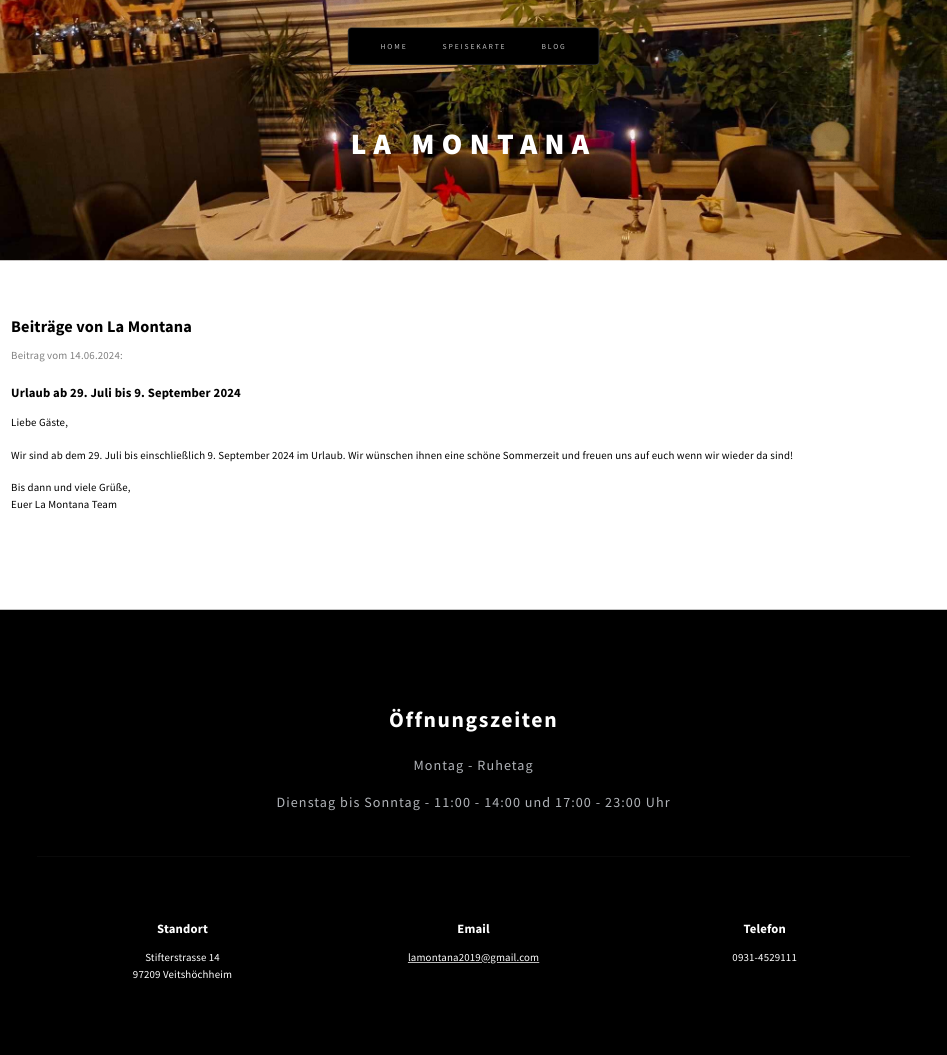
Repository: restaurantlamontana/restaurantlamontana.github.io
Page: blog.html
These files come from the project's save history. The page is drawn as it stood at one moment and after a run of saves; the edit follows.
The browser window is 1280 px wide. The pictures show the whole page, at 74% of full size.

Above is the page before, as saved 2024-07-15 12:43:28.

### blog.html
<!DOCTYPE HTML>
<html>
	<head>
		<title>La Montana - Blog</title>
		<meta charset="utf-8" />
		<meta name="viewport" content="width=device-width, initial-scale=1, user-scalable=no" />
		<link rel="stylesheet" href="assets/css/main.css" />
	</head>
	<body class="right-sidebar is-preload">
		<div id="page-wrapper">
			<!-- Header -->
			<section id="header" class="wrapper">
				<!-- Logo -->
				<div id="logo">
				  <h1 style="font-size: 40px;"><a href="index.html">La Montana</a></h1>
				</div>

				<!-- Nav -->
				<nav id="nav">
				  <ul class="toplinks">
					<li class="current"><a href="index.html">Home</a></li>
					<li><a href="assets/Speisekarte_Scan.pdf" target="_blank">Speisekarte</a></li>
					<li><a href="blog.html">Blog</a></li>
				  </ul>
				</nav>
			  </section>

			<!-- Main -->
				<section id="main" class="wrapper style2">
					<div style="margin-left: 15px; margin-right: 15px;">
						<h1 style="color: black;">Beiträge von La Montana</h1>
						<div>
						<p style="color: gray;">Beitrag vom 14.06.2024:</p>
						<h3 style="color: black;">Urlaub ab 29. Juli bis 9. September 2024</h3>
						<p style="color: black;">
							Liebe Gäste,
							<br>
							<br>
							Wir sind ab dem 29. Juli bis einschließlich 9. September 2024 im Urlaub.
							Wir wünschen ihnen eine schöne Sommerzeit und freuen uns auf euch wenn wir wieder da sind!
							<br>
							<br>
							Bis dann und viele Grüße, <br>
							Euer La Montana Team
						</p>
					</div>
					</div>
				</section>

		<!-- Footer -->
		<section id="footer" class="wrapper">
			<div class="container">
				<header class="style1">
					<h2>Öffnungszeiten</h2>
					<p>
						Montag - Ruhetag
					</p>
					<p>
						Dienstag bis Sonntag - 11:00 - 14:00 und 17:00 - 23:00 Uhr
					</p>
				</header>
				<div class="flex-container">
					<div class="flex-item">
						<h3>Standort</h3>
						<p style="color: white;">
							Stifterstrasse 14<br />
							97209 Veitshöchheim<br />
						</p>
					</div>
					<div class="flex-item">
						<h3>Email</h3>
						<p>
							<a href="mailto:lamontana2019@gmail.com">lamontana2019@gmail.com</a>
						</p>
					</div>
					<div class="flex-item">
						<h3>Telefon</h3>
						<p style="color: white;">0931-4529111</p>
					</div>
				</div>
			</div>
		</section>
	</body>
	</html>

Loaded but not shown: assets/css/fontawesome-all.min.css (library); assets/css/main.css (3123 lines, source omitted)

After the next 2 saves:
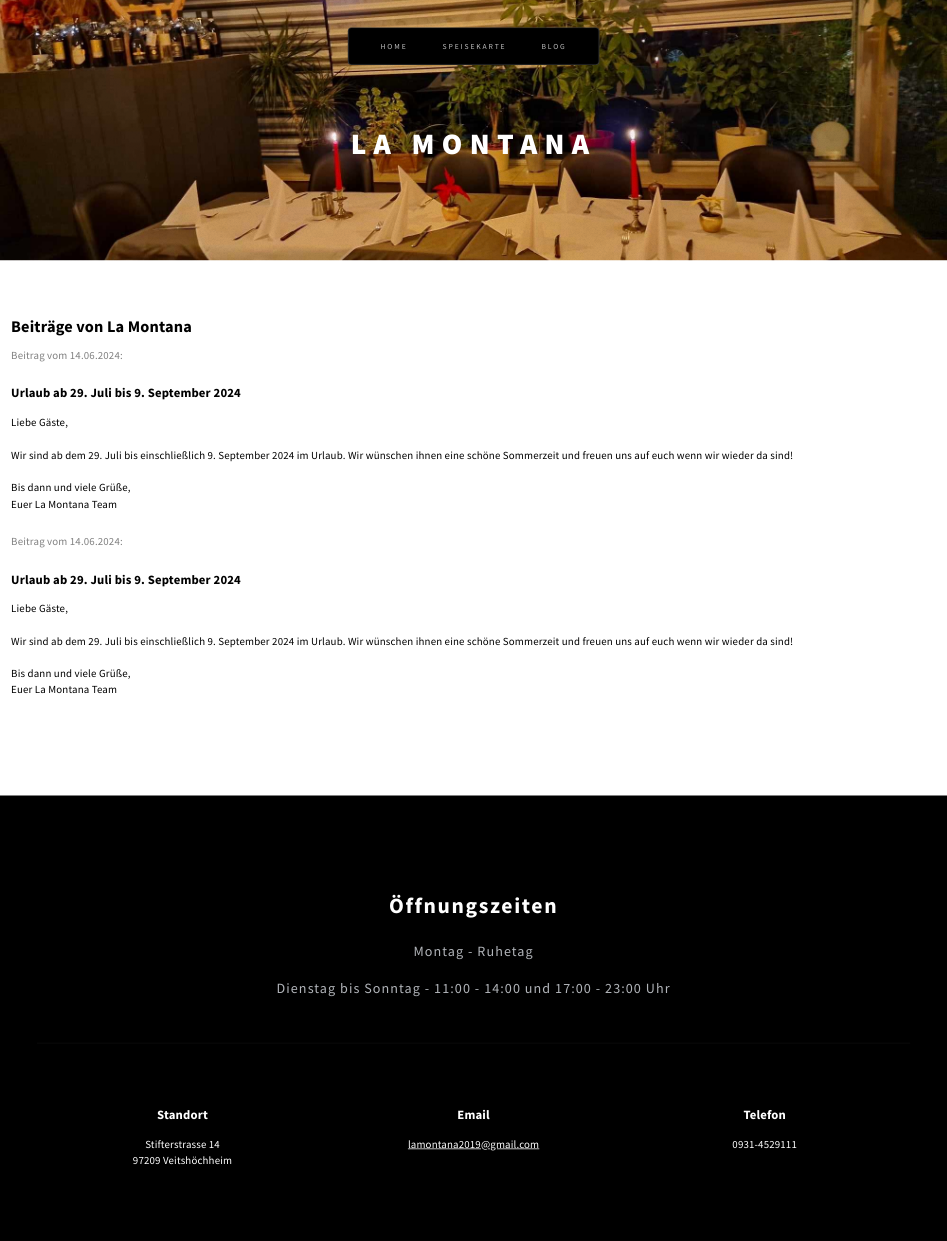
The 2 saves are shown as one change because they came seconds apart.
The last was saved 320 days later.
--- a/blog.html
+++ b/blog.html
@@ -30,6 +30,21 @@
 					<div style="margin-left: 15px; margin-right: 15px;">
 						<h1 style="color: black;">Beiträge von La Montana</h1>
 						<div>
+						<p style="color: gray;">Beitrag vom 14.06.2024:</p>
+						<h3 style="color: black;">Urlaub ab 29. Juli bis 9. September 2024</h3>
+						<p style="color: black;">
+							Liebe Gäste,
+							<br>
+							<br>
+							Wir sind ab dem 29. Juli bis einschließlich 9. September 2024 im Urlaub.
+							Wir wünschen ihnen eine schöne Sommerzeit und freuen uns auf euch wenn wir wieder da sind!
+							<br>
+							<br>
+							Bis dann und viele Grüße, <br>
+							Euer La Montana Team
+						</p>
+					</div>
+					<div>
 						<p style="color: gray;">Beitrag vom 14.06.2024:</p>
 						<h3 style="color: black;">Urlaub ab 29. Juli bis 9. September 2024</h3>
 						<p style="color: black;">
